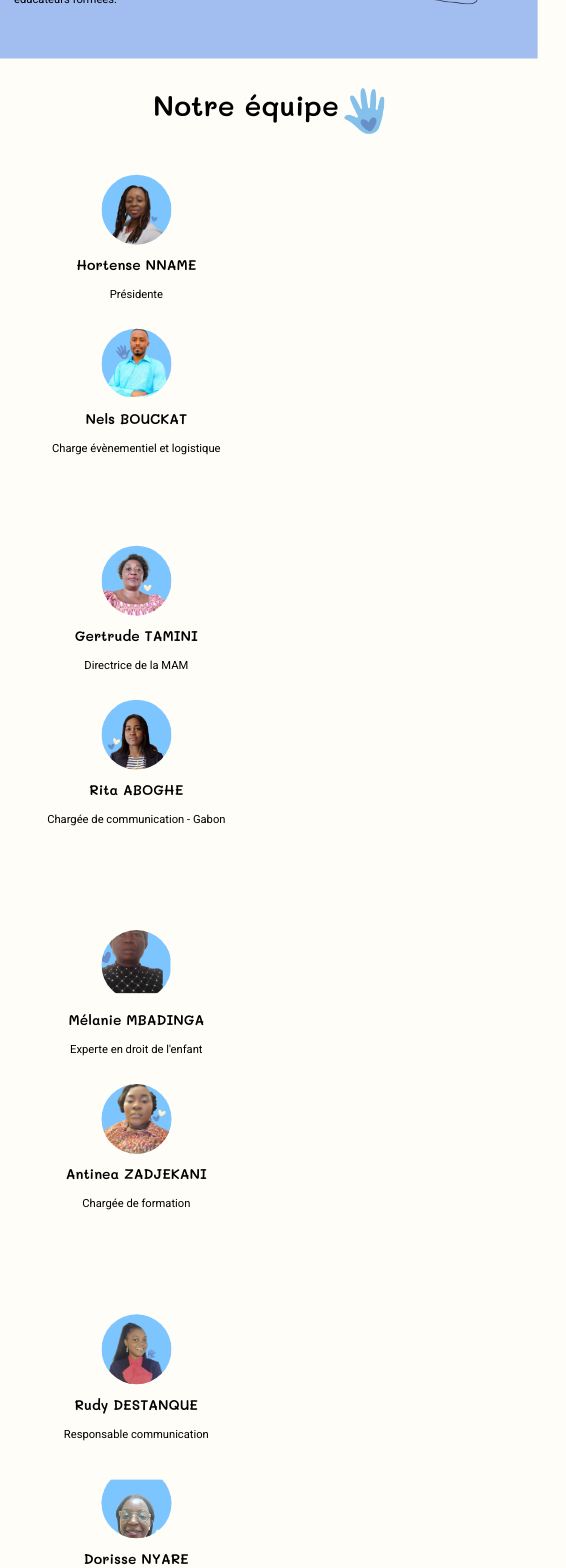
Repository: Danie-lDasilva/Samba-Mwanas
Page: index.html
An editor plug-in stored every save of this project. The page is shown before and after the next save, followed by the edit.
The browser window is 768 px wide. The page is 808 px wide, so the pictures cover 808 px, including what lies to the right of the window. The pictures show the part of the page from y = 2211 to 4451 px (the page is 5994 px tall), at 70% of full size.

Above is the page before, as saved 2025-03-06 19:54:54.

After the next save:
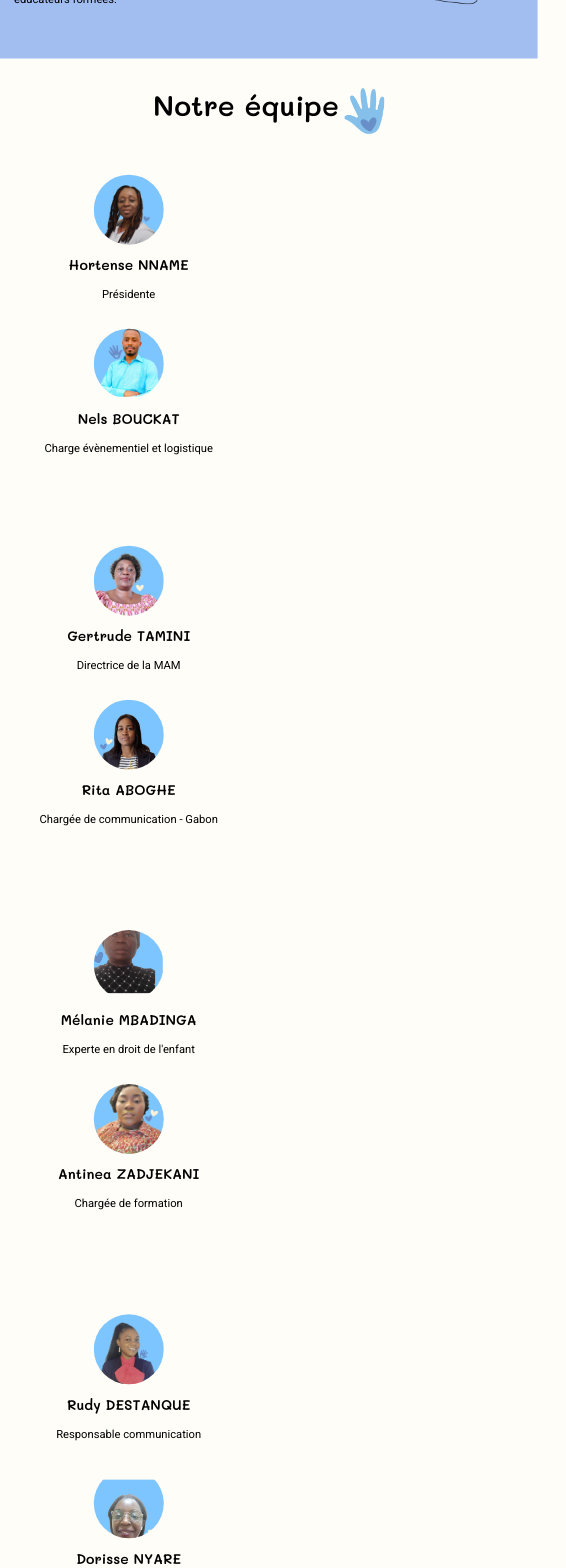
Saved 5 s later.
--- a/assets/css/style.css
+++ b/assets/css/style.css
@@ -695,8 +695,8 @@
     }
 
     .Personne {
-        width: 48%;
-        margin-5ottom: 30px;
+        width: 45%;
+        margin-bottom: 30px;
     }
 
     .Photo {
